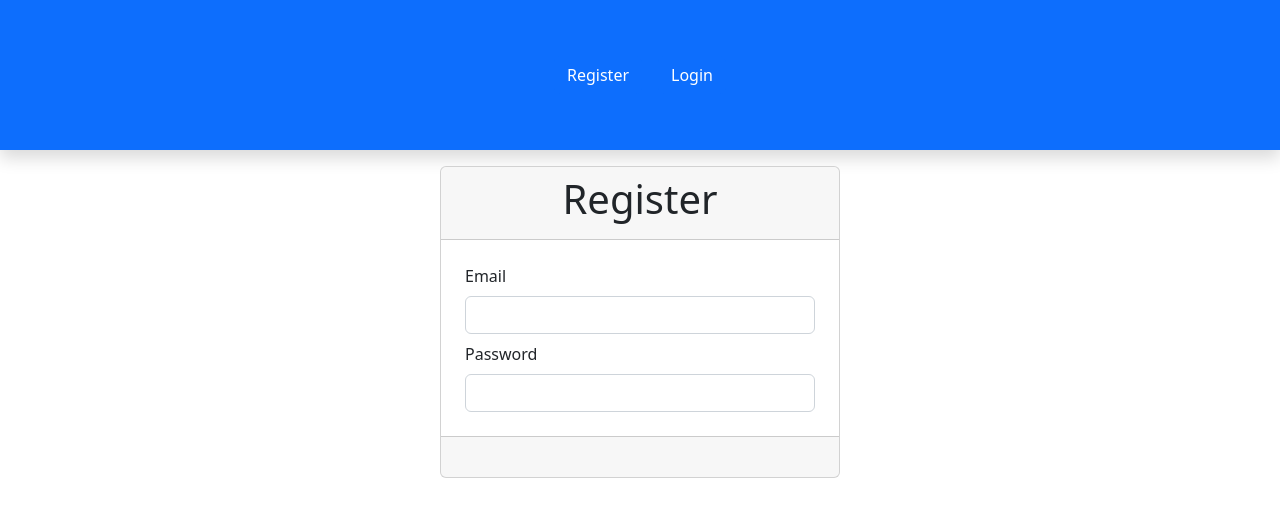
Repository: loveleii/firebase-login-logout
Page: /
An editor plug-in stored every save of this project. The page is shown before and after the next save, followed by the edit.
The browser window is 1280 px wide. The pictures show the whole page.
The project was rebuilt for these pictures with package versions that can differ from the ones it lists, and the page was loaded fresh each time. Also part of the build but not shown: vite.config.ts, src/views/loginView.vue, src/assets/main.css.

Above is the page before, as saved 2023-03-04 19:43:37.

### src/main.js
import { createApp } from 'vue'
import { createPinia } from 'pinia'

import App from './App.vue'
import router from './router'
import "bootstrap/dist/css/bootstrap.min.css"
import bootstrap from "bootstrap/dist/js/bootstrap.bundle.js"

import './assets/main.css'

const app = createApp(App)

app.use(createPinia())
app.use(router)

app.mount('#app')

### src/App.vue
<script setup lang="ts">
import { RouterLink, RouterView } from 'vue-router'

</script>

<template>
  <div>
        <header class="bg-primary p-5 shadow">
            <div class="container_header">
                <div class="d-flex">
                    <RouterLink to="/" style="text-decoration: none;"><text class="text-white m-2 btn btn-primary">Register</text></RouterLink>
                    <RouterLink to="/login" style="text-decoration: none;"><text class="text-white m-2 btn btn-primary">Login</text></RouterLink>
                </div>
            </div>
        </header>
    </div>
    <div class="center_container m-3 rounded text-center">
      <RouterView />
    </div>

</template>

<style>
.container_header{
  display: grid;
  place-content: center;
}
.center_container{
  display: grid;
  place-content: center;
}

</style>

### src/router/index.js
import { createRouter, createWebHistory } from 'vue-router'
import registerView from '../views/registerView.vue'
import loginView from '../views/loginView.vue'

const router = createRouter({
  history: createWebHistory(import.meta.env.BASE_URL),
  routes: [
    {
      path: '/',
      name: 'reg',
      component: registerView
    },
    {
      path: '/login',
      name: 'log',
      component: loginView
    },

  ]
})

export default router

### src/views/registerView.vue
<template>
    <div class="card">
        <div class="card-header">
            <h1>Register</h1>
        </div>
        <div class="card-body float-left">
            <div class="form-group m-2">
                <label for="" class="form-label float-start">Email</label>
                <input type="text" name="" id="" class="form-control">
            </div>

            <div class="form-group m-2">
                <label for="" class="form-label float-start">Password</label>
                <input type="text" name="" id="" class="form-control">
            </div>

        </div>
        <div class="card-footer">
            <div class="form-group">
                <button class="btn btn-"></button>
            </div>
        </div>
    </div>
</template>

<script>


</script>
<style>
.card{
    width: 400px;
}
</style>

Loaded but not shown: index.html (common file)

After the next save:
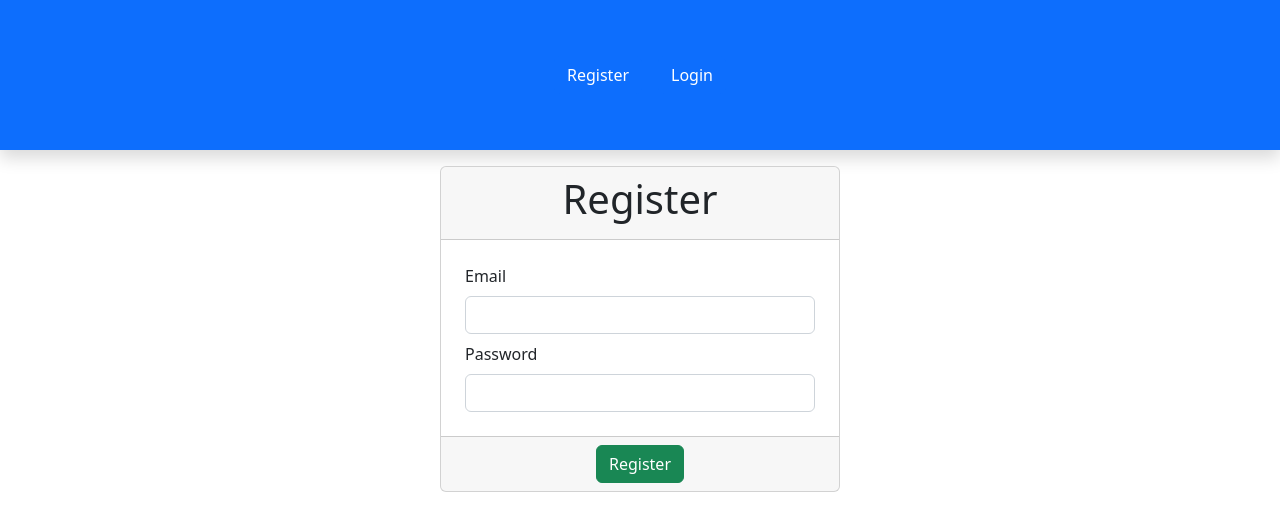
Saved 4 s later.
--- a/src/views/registerView.vue
+++ b/src/views/registerView.vue
@@ -17,7 +17,7 @@
         </div>
         <div class="card-footer">
             <div class="form-group">
-                <button class="btn btn-"></button>
+                <button class="btn btn-success">Register</button>
             </div>
         </div>
     </div>
